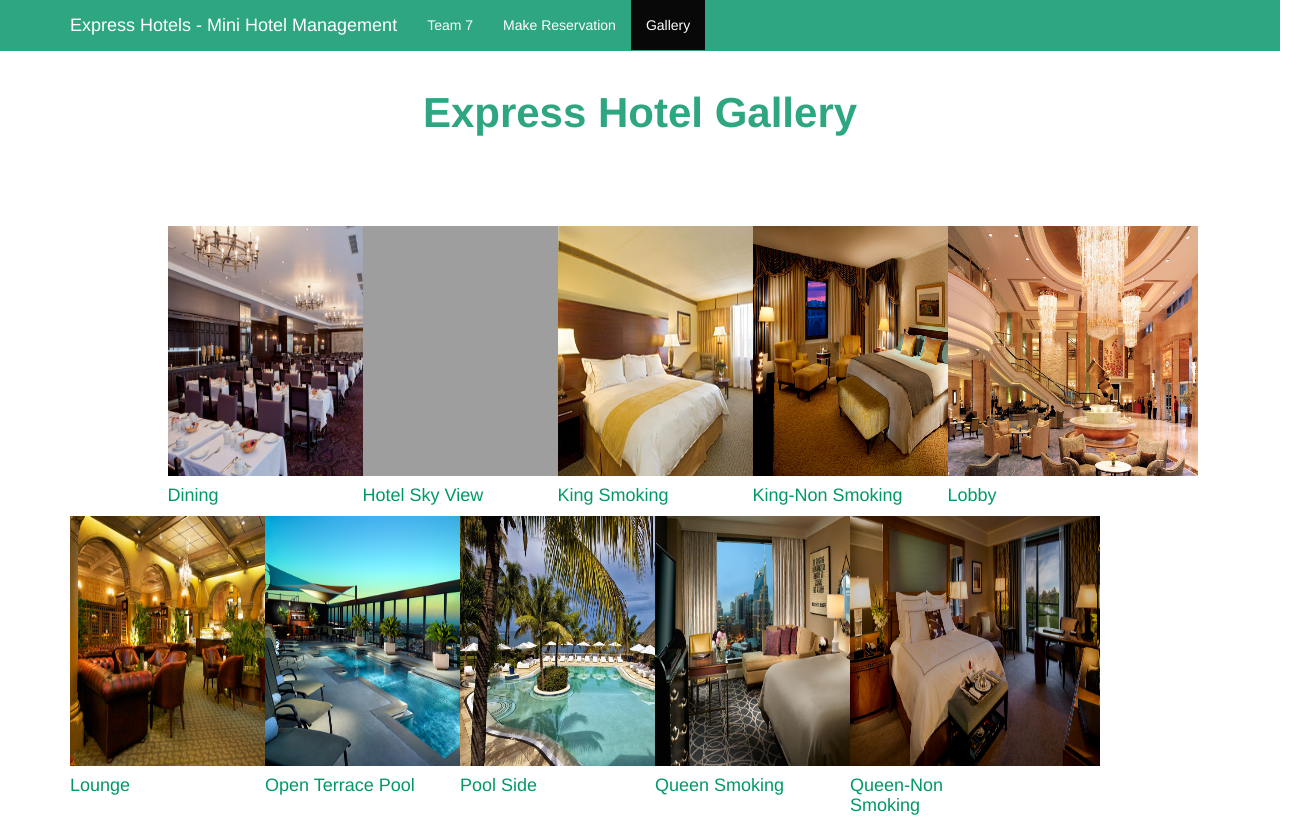
Repository: arjunshukla/CMPE-275_Team-07_Term-Project_Mini-Hotel-Manager
Page: NodeJS_webapp/client/hotel_gallery.html
The author's editor kept a record of every edit. The page is drawn from the files as they stood at one moment, then again after the next edit.
The browser window is 1280 px wide. The page is 1280 px wide, then 1295 px, so the pictures cover 1295 px, including what lies to the right of the window. The pictures show the whole page.
Pictures or frames that could not be fetched are drawn as grey boxes. Some web libraries are served in a nearby version.

Above is the page before.

### NodeJS_webapp/client/hotel_gallery.html
<!DOCTYPE html>
<html lang="en">
  <head>
    <meta charset="utf-8">
    <meta http-equiv="X-UA-Compatible" content="IE=edge">
    <meta name="viewport" content="width=device-width, initial-scale=1">
    <!-- The above 3 meta tags *must* come first in the head; any other head content must come *after* these tags -->
    <meta name="description" content="">
    <meta name="author" content="">
    <link rel="icon" href="../../favicon.ico">

    <title>Welcome To Express Hotels!!</title>

    <!-- Bootstrap core CSS -->
    <link href="./css/bootstrap.min.css" rel="stylesheet">
    <!--<link href="./css/bootstrap.css" rel="stylesheet">-->

   <link href="./css/new-template-pally.css" rel="stylesheet">



  </head>

  <body >

    <nav class="navbar navbar-inverse navbar-fixed-top">
      <div class="container">
        <div class="navbar-header">
          <button type="button" class="navbar-toggle collapsed" data-toggle="collapse" data-target="#navbar" aria-expanded="false" aria-controls="navbar">
            <span class="sr-only">Toggle navigation</span>
            <span class="icon-bar"></span>
            <span class="icon-bar"></span>
            <span class="icon-bar"></span>
          </button>
          <a class="navbar-brand" href="#">Express Hotels - Mini Hotel Management</a>
        </div>
        <div id="navbar" class="collapse navbar-collapse">
          <ul class="nav navbar-nav">

            <li><a href="meet_our_team.html">Team 7</a></li>
            <li ><a href="index.html">Make Reservation</a></li>
            <li class="active"><a href="hotel_gallery.html">Gallery</a></li>

          </ul>
        </div><!--/.nav-collapse -->
      </div>
    </nav>

    <div class="container">

      <div class="pally-starter-template">
      <!--   <h1>Bootstrap starter template</h1>
        <p class="lead">Use this document as a way to quickly start any new project.<br> All you get is this text and a mostly barebones HTML document.</p>
         -->

         <div class="row">
         	<div class="col-md-12 Share-instantly-right">
                <br>
                <h3>Express Hotel Gallery</h3>
                <br>
                <br>
                <!--<p class="head-para shift-r" style=" text-align:center;"><font size="4">We have developed this Mini Hotel Project as a part of our final term project  for CmpE275 - Enterprise Distributed Systems:</p><p class="head-para shift-r" style=" text-align:center;"><font size="4"><i>  -->
					<!--<br><p class="head-para shift-r" style=" text-align:justified;"><font size="4">The main objective behind building this project is to get accustomed to Spring MVC, Hibernate, Aspect Oriented Programming concepts widely used across organizations:</font></p>-->
               <br> <br/>

               <!--  <div class="col-md-12 dinfo" style="margin-top:2px"> </div> -->

               <!-- <div class="row">-->
               <!--     <div class="col-md-2">-->
               <!--         <div><img src="images/EricFung.png" class="img-thumbnail" title="" alt="" ></div>-->
               <!--     </div>-->
               <!--     <div class="col-md-10">-->
               <!--         <h4 style="color:#009966;"> Eric Fung<br>Co-Founder, CEO </h4>-->
               <!--         <p><font size="4">Eric drives Pally's vision, strategy and user growth. He is a networking addict and has a passion for disruptive tech.  Prior to Pally, Eric worked in the consulting group at Oracle and was an early employee leading various start-ups.  He holds a degree in Advertising and Public Relations from Penn State University.</font></p>-->
               <!--     </div>-->
               <!--   </div> -->
               <!--</br>-->
               <!--  <div class="row">-->
               <!--     <div class="col-md-2">-->
               <!--         <div><img src="images/IMG_3385.jpg" class="img-thumbnail" title="" alt="" width="200px" height="50px" ></div>-->
               <!--     </div>-->
               <!--     <div class="col-md-10">-->
               <!--         <h4 style="color:#009966;"> Arjun Shukla<br>Co-Founder, CTO</h4>-->
               <!--          <p><font size="4">Arjun leads Pally's technical strategy and is dedicated to building a world-class product for its users.  He has a passion for coding and was most recently a Systems Engineer at Infosys.  He holds a degree in Computer Science from Uttar Pradesh Technical University and is currently completing his Masters in Computer Software Engineering at San Jose State University.</font></p>-->
               <!--     </div>-->
               <!--   </div> -->

               <!--   </br>-->

                 <div class="row">
            <div class="col-md-2 col-md-offset-1">

                <a href="#" >
                    <img src="images/Dining.jpg" alt="" width="250" height="250" border = "3">
                    <h4 style="color:#009966;">Dining</h4>
                     <!--<p><font style="color:black;" size="3">Building Server base structure, frontend, detabase schema design,mobile App, Reservation check & Checkin/Checkout Api</font></p>-->
                </a>
            </div>
            <div class="col-md-2">
                <a href="#" >
                    <img src="images/Hotel Sky view.jpg" alt="" width="250" height="250" border = "3">
                    <h4 style="color:#009966;">Hotel Sky View</h4>
                     <!--<p><font style="color:black;" size="3">Building Server base structure, frontend, detabase schema design,mobile App, Reservation check & Checkin/Checkout Api</font></p>-->
                </a>
            </div>
            <div class="col-md-2">
                <a href="#" >
                    <img src="images/King- Smoking.jpg" alt=""width="250" height="250">
                    <h4 style="color:#009966;">King Smoking</h4>
                     <!--<p><font style="color:black;" size="3">Building Server base structure, frontend, detabase schema design,mobile App, Reservation check & Checkin/Checkout Api</font></p>-->
                </a>
            </div>
            <div class="col-md-2">
                <a href="#" >
                    <img src="images/King-Non Smoking.jpg" alt=""width="250" height="250">
                    <h4 style="color:#009966;">King-Non Smoking</h4>
                     <!--<p><font style="color:black;" size="3">Building Server base structure, frontend, detabase schema design,mobile App, Reservation check & Checkin/Checkout Api</font></p>-->
                </a>
            </div>
            <div class="col-md-2">
                <a href="#" >
                    <img src="images/Lobby.jpg" alt="" width="250"height="250">
                    <h4 style="color:#009966;">Lobby</h4>
                     <!--<p><font style="color:black;" size="3">Building Server base structure, frontend, detabase schema design,mobile App, Reservation check & Checkin/Checkout Api</font></p>-->
                </a>
            </div>
            <div class="col-md-2">
                <a href="#" >
                    <img src="images/Lounge.jpg" alt=""width="250" height="250">
                    <h4 style="color:#009966;">Lounge</h4>
                     <!--<p><font style="color:black;" size="3">Building Server base structure, frontend, detabase schema design,mobile App, Reservation check & Checkin/Checkout Api</font></p>-->
                </a>
            </div>
            <div class="col-md-2">
                <a href="#" >
                    <img src="images/Open Terrace Pool.jpg" alt="" width="250"height="250">
                    <h4 style="color:#009966;">Open Terrace Pool</h4>
                     <!--<p><font style="color:black;" size="3">Building Server base structure, frontend, detabase schema design,mobile App, Reservation check & Checkin/Checkout Api</font></p>-->
                </a>
            </div>
            <div class="col-md-2">
                <a href="#" >
                    <img src="images/Pool side.jpg" alt="" width="250"height="250">
                    <h4 style="color:#009966;">Pool Side</h4>
                     <!--<p><font style="color:black;" size="3">Building Server base structure, frontend, detabase schema design,mobile App, Reservation check & Checkin/Checkout Api</font></p>-->
                </a>
            </div>
            <div class="col-md-2">
                <a href="#" >
                    <img src="images/Queen Smoking.jpg" alt=""width="250" height="250">
                    <h4 style="color:#009966;">Queen Smoking</h4>
                     <!--<p><font style="color:black;" size="3">Building Server base structure, frontend, detabase schema design,mobile App, Reservation check & Checkin/Checkout Api</font></p>-->
                </a>
            </div>
            <div class="col-md-2">
                <a href="#" >
                    <img src="images/Queen-Non Smoking.jpg" alt=""width="250" height="250">
                    <h4 style="color:#009966;">Queen-Non Smoking</h4>
                     <!--<p><font style="color:black;" size="3">Building Server base structure, frontend, detabase schema design,mobile App, Reservation check & Checkin/Checkout Api</font></p>-->
                </a>
            </div>
            <!-- <div class="col-md-2">-->
            <!--    <a href="#" class="thumbnail">-->
            <!--        <img src="images/sneha.jpg" alt="" height="130">-->
            <!--       <h4 style="color:#009966;">Sneha Pimpalkar</h4>-->
            <!--       <p><font style="color:black;" size="3">Room Management & Provisioning Apis, database - Rooms, checkingroommapping & reservations tables & UI design.</font></p>-->
            <!--    </a>-->
            <!--</div>-->

            <!-- <div class="col-md-2">-->
            <!--    <a href="#" class="thumbnail">-->
            <!--        <img src="images/arpit.jpg" alt="" height="130">-->
            <!--        <h4 style="color:#009966;">Arpit Khare</h4>-->
            <!--         <p><font style="color:black;" size="3">Worked on Room Reservation Apis, database - designed schema.</font></p>-->
            <!--    </a>-->
            <!--</div>-->

            <!-- <div class="col-md-2">-->
            <!--    <a href="#" class="thumbnail">-->
            <!--        <img src="images/tejas.jpg" alt="" height="130">-->
            <!--         <h4 style="color:#009966;">Tejas Pai</h4>-->
            <!--         <p><font style="color:black;" size="3">Worked on Report Apis, database - checkinroommapping & room table.</font></p>-->
            <!--    </a>-->
            <!--</div>-->

            <!-- <div class="col-md-2">-->
            <!--    <a href="#" class="thumbnail">-->
            <!--        <img src="images/ankit.jpg"  alt="" height="130">-->
            <!--        <h4 style="color:#009966;">Ankit Sharma</h4>-->
            <!--       <p><font style="color:black;" size="3">Worked on Login Apis, UI design, database - users table.</font></p>-->
            <!--    </a>-->
            <!--</div>-->

        </div>


                </div>

             <!--    <div class="col-md-12 dinfo">
                    <div class="col-md-2 align-r">
                        <div style="margin-top:50px"><img src="images/IMG_3385.jpg" class="iconMember" title="" alt=""> </div>
                    </div>
                    <div class="col-md-10">
                        <h4 style="color:#009966;margin-top:20px;"><br><br> Arjun Shukla<br>Co-Founder, CTO </h4>
                        <p><font size="4">Arjun leads Pally's technical strategy and is dedicated to building a world-class product for its users.  He has a passion for coding and was most recently a Systems Engineer at Infosys.  He holds a degree in Computer Science from Uttar Pradesh Technical University and is currently completing his Masters in Computer Software Engineering at San Jose State University.</font></p>
                    </div>
                </div>-->

            <!--   <div style=" margin-left:50px; width: 1100px;
                                overflow: hidden; " align='center'>
                    <div style="width: 200px;
                                float:left;" align='center'>
                        <img style="margin-top:130px;" height="130" src="images/SheetalPimpalkar.jpg" class="iconMember"></img>
                        <h4 style="color:#009966;">Sheetal Pimpalkar</h4>
                        <h5 style="color:#009966;">Android Developer</h5>
                    </div>

                    <div style="width: 200px; float: left;">
                        <img style="margin-top:130px; padding-left:0px" height="130" src="images/SwapnilRane.jpg" class="iconMember"></img>
                        <h4 style="color:#009966;">Swapnil Rane</h4>
                        <h5 style="color:#009966;">iOS Developer</h5>
                    </div>

                    <div style="width: 200px; float: left;">
                        <img style="margin-top:130px; padding-right:0px" height="130" src="images/RaphaelArnaud.png" class="iconMember"></img>
                        <h4 style="color:#009966;">Raphael Arnaud</h4>
                        <h5 style="color:#009966;">Community Manager, France</h5>
                    </div>

                    <div style="width: 200px; float: left;">
                        <img style="margin-top:130px; padding-right:0px" height="130" src="images/SamanthaSanchis.png" class="iconMember"></img>
                        <h4 style="color:#009966;">Samantha Sanchis</h4>
                        <h5 style="color:#009966;">Community Manager, Spain</h5>
                    </div>

                    <div style="width: 250px;float: left;">
                        <img style="margin-top:130px; padding-right:0px" height="130" src="images/JeffreyWong.png" class="iconMember"></img>
                        <h4 style="color:#009966;">Jeffrey Wong</h4>
                        <h5 style="color:#009966;">Community Manager, Hong Kong</h5>
                    </div>
                </div>-->
             <!--    <div class="row">
                	<div class="col-sm-2">
	                	 <img  src="images/SheetalPimpalkar.jpg" class="iconMember"></img>
	                        <h4 style="color:#009966;">Sheetal Pimpalkar</h4>
	                        <h5 style="color:#009966;">Android Developer</h5>
                	</div>

                </div>-->

            </div>
   </div>







      </div>

    </div><!-- /.container -->


    <!-- Bootstrap core JavaScript
    ================================================== -->
    <!-- Placed at the end of the document so the pages load faster -->
    <script src="https://ajax.googleapis.com/ajax/libs/jquery/1.11.3/jquery.min.js"></script>
    <script src="./js/bootstrap.min.js"></script>

  </body>
</html>

### NodeJS_webapp/client/css/new-template-pally.css
body {
	padding-top: 50px;
}

.starter-template {
	padding: 40px 15px;
	text-align: center;
}

.navbar-inverse {
	background-color: #2ea681;
	border-color: #2ea681;
}

.navbar-inverse .navbar-nav>li>a {
	color: #ffffff;
}

.navbar-inverse .navbar-brand {
	color: #ffffff;
}

.Share-instantly-right h3{


	font-weight: 700;
    font-size: 3em;
    color: #2ea681;
    text-align: center;
}

Loaded but not shown: NodeJS_webapp/client/css/bootstrap.min.css (library); NodeJS_webapp/client/js/bootstrap.min.js (library)

After the next edit:
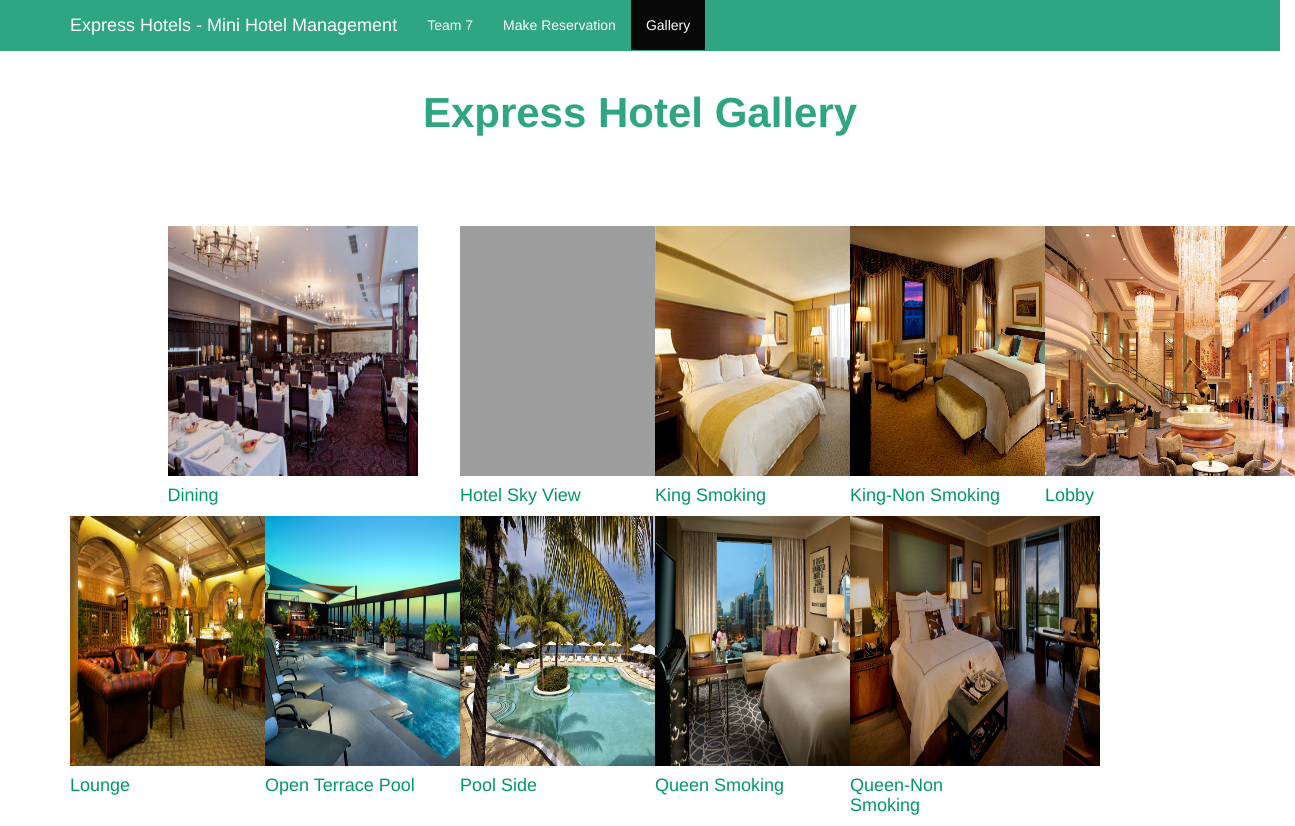
The edit:
--- a/NodeJS_webapp/client/hotel_gallery.html
+++ b/NodeJS_webapp/client/hotel_gallery.html
@@ -96,7 +96,7 @@
                      <!--<p><font style="color:black;" size="3">Building Server base structure, frontend, detabase schema design,mobile App, Reservation check & Checkin/Checkout Api</font></p>-->
                 </a>
             </div>
-            <div class="col-md-2">
+            <div class="col-md-2 col-md-offset-1">
                 <a href="#" >
                     <img src="images/Hotel Sky view.jpg" alt="" width="250" height="250" border = "3">
                     <h4 style="color:#009966;">Hotel Sky View</h4>
